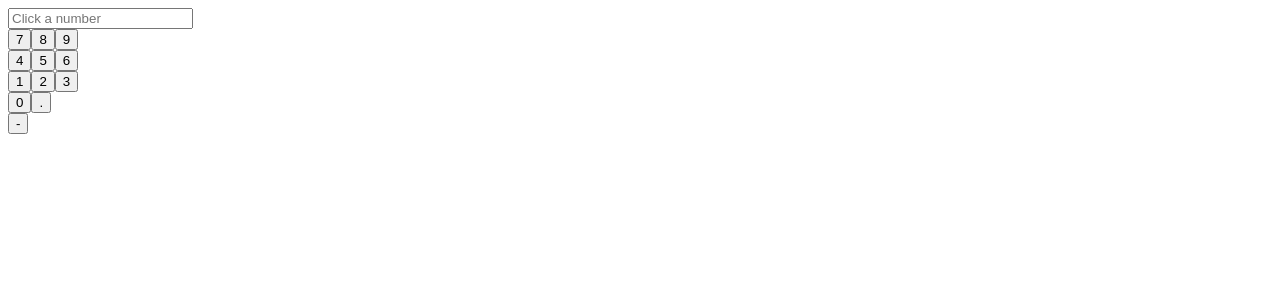
Repository: Marivic-SLRS/ReactJS-Basic-Calculator
Page: /
These files come from the project's save history. The page is drawn as it stood at one moment and after the next save; the edit follows.
The browser window is 1280 px wide. The pictures show the whole page.
The project was rebuilt for these pictures with package versions that can differ from the ones it lists, and the page was loaded fresh each time.

Above is the page before, as saved 2025-07-30 17:26:53.

After the next save:
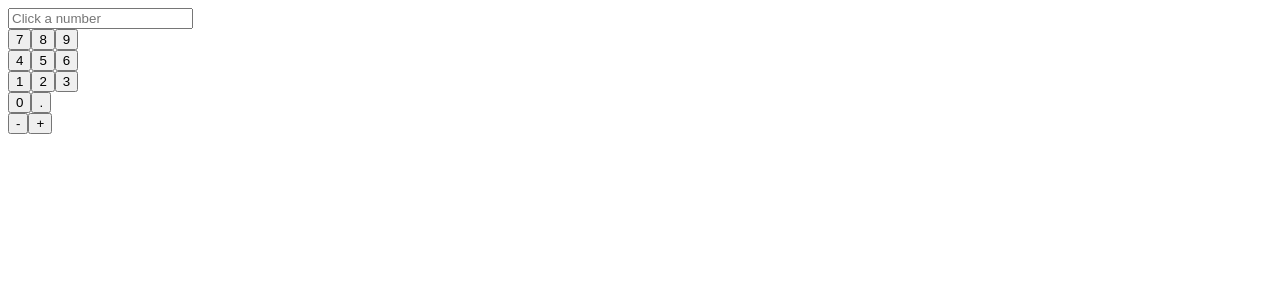
Saved 7 s later.
--- a/src/Components/Calculator.js
+++ b/src/Components/Calculator.js
@@ -35,6 +35,7 @@ function Calculator() {
             </div>
             <div>
                     <button>-</button>
+                    <button>+</button>
             </div>
 
         </form>
